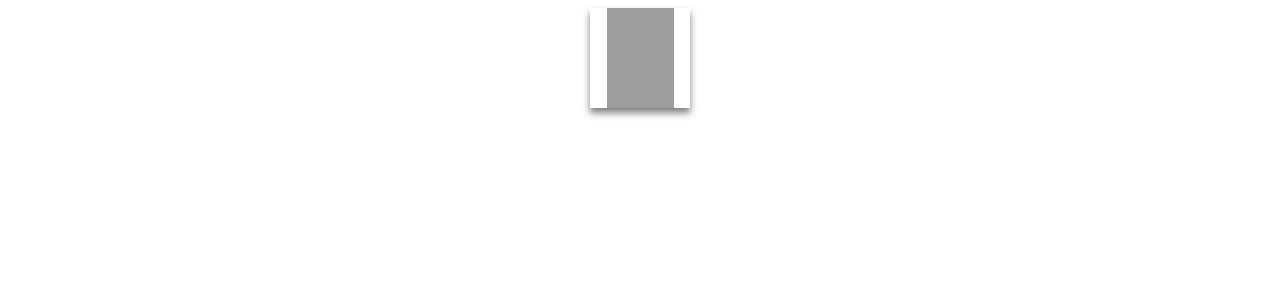
Repository: cirisus/Arknights-Proj
Page: src/carousel.html
An editor plug-in stored every save of this project. The page is shown before and after the next save, followed by the edit.
The browser window is 1280 px wide. The pictures show the whole page.
Pictures or frames that could not be fetched are drawn as grey boxes.

Above is the page before, as saved 2024-02-29 21:55:55.

### src/carousel.html
<!DOCTYPE html>
<html lang="cn">
<head>
  <meta charset="UTF-8">
  <meta name="viewport" content="width=device-width, initial-scale=1.0">
  <title>Breaking News</title>
  <link rel="stylesheet" href="carousel.css">
</head>
<body>
<div class="u_SliderContainer" data-info="container">
    <div class="u_SliderMain" data-info="inner-wrap">
        <a aria-label="Previous"></a>
        <div class="u_ItemsContainer">
            <a class="u_Item" data-info="item">
                <span style="background-image:url(https://picsum.photos/200/300)" alt="placeholder">
            </a>
            <a class="u_Item" data-info="item">
                <span style="background-image:url(https://picsum.photos/200/600)" alt="placeholder">
            </a>
            <a class="u_Item" data-info="item">
                <span style="background-image:url(https://picsum.photos/200/400)" alt="placeholder">
            </a>
        </div>
        <a aria-label="Next"></a>
        <ul data-info="indicator" role="tablist">
                <li class="active" data-item="selected"></li>
        <ul>
    </div>
</div>
</body>
</html>

### src/carousel.css
.u_SliderContainer {
    display: flex;
    max-width: 100%;
    margin: .5rem auto;
    flex-wrap: nowrap;
    justify-content: center;
    align-items: center;
}
.u_SliderMain {
    position: relative;
    transform-origin: top left;
    height: 100px;
    width: 100px;
    box-shadow: 0px 5px 7px 0px rgba(0,0,0,0.5);
    overflow: hidden;
}
.u_ItemsContainer {
    display: flex;
    width: 100%;
    width: -webkit-fill-available;
    height: 100%;
}
.u_ItemsContainer > a > span {
    display: block;
    width: 100%;
    height: 100%;
    position: absolute;
    background-size: auto 100%;
    background-repeat: no-repeat;
    background-position: center;
}
a[aria-label] {
    display: flex;
    width: 1rem;
    height: 1rem;
    border-radius: 50%;
    top: calc(50% - .5rem);
    position: absolute;
}
ul[data-info="indicator"] {
    position: absolute;
    right: 40px;
    bottom: 20px;
    display: block;
    list-style: none;
    text-align: center;
}
ul[data-info="indicator"] li {
    position: relative;
    display: inline-block;
    width: 80px;
    height: 10px;
    margin: 0 5px;
    padding: 0;
    cursor: pointer;
}

After the next save:
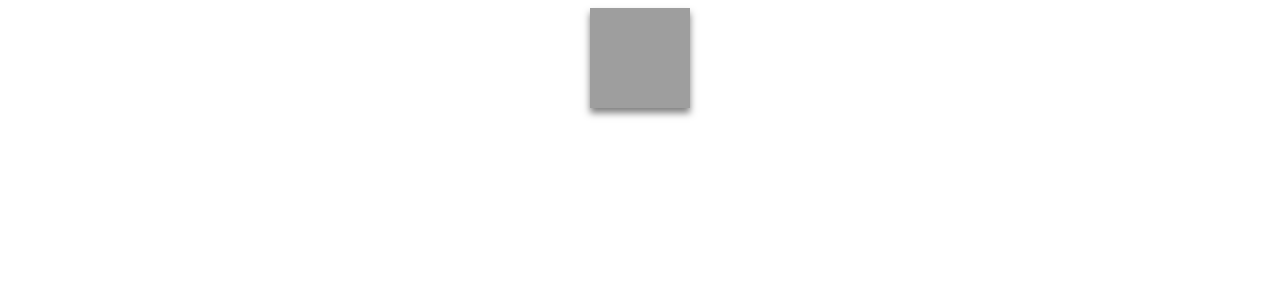
Saved 6 min 7 s later.
--- a/src/carousel.html
+++ b/src/carousel.html
@@ -12,13 +12,13 @@
         <a aria-label="Previous"></a>
         <div class="u_ItemsContainer">
             <a class="u_Item" data-info="item">
-                <span style="background-image:url(https://picsum.photos/200/300)" alt="placeholder">
+                <span style="background-image:url(https://picsum.photos/500/300)" alt="placeholder">
             </a>
             <a class="u_Item" data-info="item">
-                <span style="background-image:url(https://picsum.photos/200/600)" alt="placeholder">
+                <span style="background-image:url(https://picsum.photos/900/300)" alt="placeholder">
             </a>
             <a class="u_Item" data-info="item">
-                <span style="background-image:url(https://picsum.photos/200/400)" alt="placeholder">
+                <span style="background-image:url(https://picsum.photos/700/300)" alt="placeholder">
             </a>
         </div>
         <a aria-label="Next"></a>
--- a/src/carousel.css
+++ b/src/carousel.css
@@ -19,6 +19,15 @@
     width: 100%;
     width: -webkit-fill-available;
     height: 100%;
+}
+a.u_Item {
+    display: flex;
+    justify-content: flex-start;
+    -webkit-box-pack: start;
+    flex-direction: row;
+    flex-grow: 2;
+    -webkit-box-flex: 2;
+    -webkit-flex-grow: 2;
 }
 .u_ItemsContainer > a > span {
     display: block;
